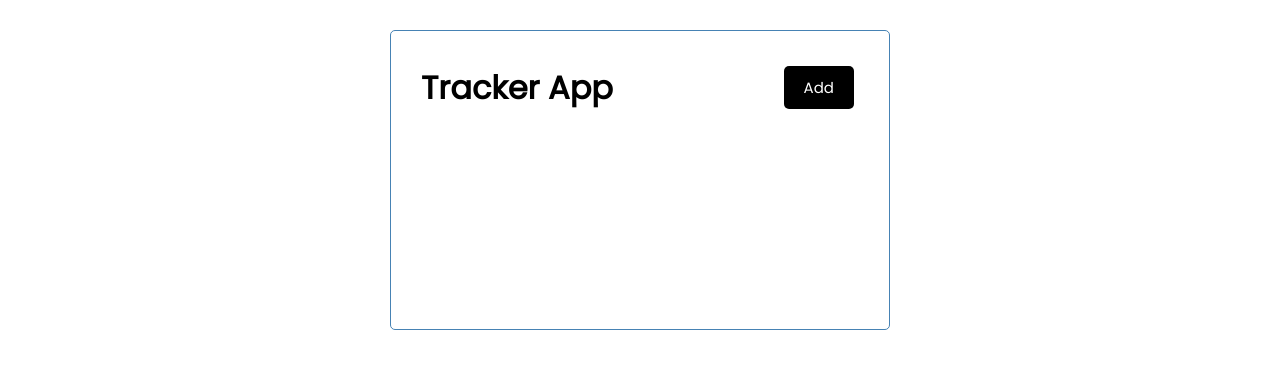
Repository: Samkiroko/task-tracker-app
Page: /
An editor plug-in stored every save of this project. The page is shown before and after the next save, followed by the edit.
The browser window is 1280 px wide. The pictures show the whole page.
The project was rebuilt for these pictures with package versions that can differ from the ones it lists, and the page was loaded fresh each time.

Above is the page before, as saved 2021-08-02 13:28:41.

After the next save:
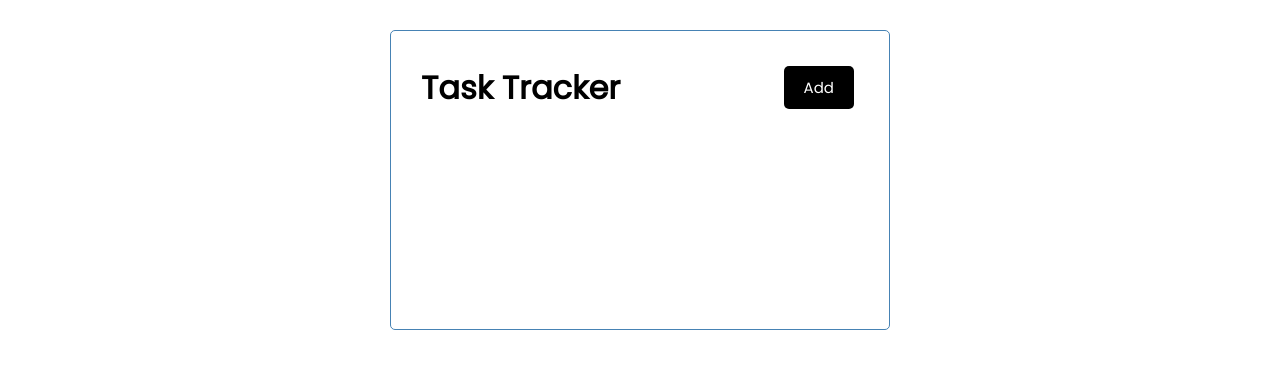
Saved 25 s later.
--- a/src/App.js
+++ b/src/App.js
@@ -3,7 +3,7 @@ import Header from './components/Header'
 function App() {
   return (
     <div className='container'>
-      <Header title='Tracker App' />
+      <Header title='Task Tracker' />
     </div>
   )
 }
